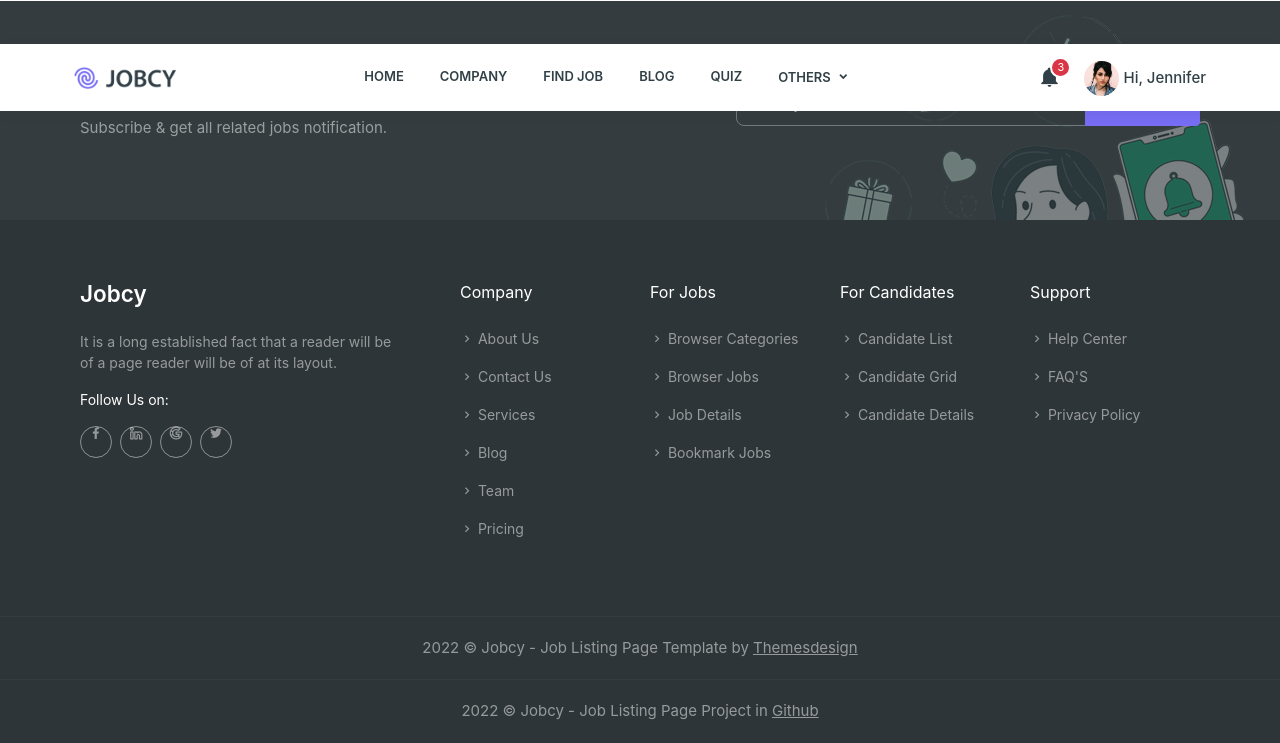
Repository: waflol/hrpm-frontend
Page: / (app in frontend/)
The author's editor kept a copy of each file at every save. The page is drawn from the files as they stood at one save, then again after the next save.
The browser window is 1280 px wide. The pictures show the whole page.
The project was rebuilt for these pictures with package versions that can differ from the ones it lists, and the page was loaded fresh each time. Also part of the build but not shown: frontend/craco.config.js, frontend/src/shared/components/Navigations/LoginButton.jsx, frontend/src/shared/components/TopBar/IconBar.jsx, frontend/src/shared/components/TopBar/YourLocations.jsx, frontend/src/shared/components/TopBar/SignUpLink.jsx, frontend/src/shared/components/TopBar/LanguageSelector.jsx, frontend/src/shared/components/TopBar/MainTopBar.jsx.

Above is the page before, as saved 2022-10-13 14:15:55.

### frontend/src/App.js
import MainNavBar from './shared/components/Navigations/MainNavBar';
import MainTopBar from './shared/components/TopBar/MainTopBar';
import { BrowserRouter, Routes, Route } from 'react-router-dom';
import Footer from './shared/components/Footer';
function App() {
  return (
    <div className="App">
      <BrowserRouter>
        <Routes>
          <Route
            path='/'
            element={
              <div>
                <MainNavBar/>
                <Footer/>
              </div>
            }>
          </Route>
        </Routes>
      </BrowserRouter>
    </div>
  );
}

export default App;

### frontend/src/shared/components/Navigations/MainNavBar.jsx
import React from "react";
import {Container} from "reactstrap";
import LogoCompany from "./LogoCompany";
import NavToggler from "./NavToggler";
import Notification from "./Notification";
import UserSetting from "./UserSetting";
import LoginButton from "./LoginButton";
const MainNavBar = () => {
  return (
    <React.Fragment>
      <nav className="navbar navbar-expand-lg fixed-top sticky p-0 " id="navigation">
        <Container fluid className="custom-container">
          <LogoCompany/>
          <NavToggler/>

          <ul className="header-menu list-inline d-flex align-items-center mb-0">
            <Notification/>
            <UserSetting/>
          </ul>
        </Container>
      </nav>
    </React.Fragment>
  )
}

export default MainNavBar;

### frontend/src/shared/components/Footer/index.jsx
import React from 'react'
import MainFooter from './MainFooter'
import FooterAlt from './FooterAlt'
import Subscribe from './Subscribe'
const Index = () => {
  return (
    <React.Fragment>
        <Subscribe/>
        <MainFooter/>
        <FooterAlt/>
    </React.Fragment>
  )
}

export default Index

### frontend/src/shared/components/Navigations/LogoCompany.jsx
import React from 'react'
import { Link } from 'react-router-dom';
import darkLogo from "../../../assets/images/logo-dark.png";
import lightLogo from "../../../assets/images/logo-light.png";
const LogoCompany = () => {
    return (
        <Link className="navbar-brand text-dark fw-bold me-auto" to="/">
            <img src={darkLogo} height="22" alt="" className="logo-dark" />
            <img src={lightLogo} height="22" alt="" className="logo-light" />
        </Link>
    )
}

export default LogoCompany

### frontend/src/shared/components/Navigations/NavToggler.jsx
import React, { useState } from "react";
import NavLinks from "./NavLinks";
import { Collapse, NavbarToggler } from "reactstrap";
const NavToggler = () => {
    const [isOpen, setIsOpen] = useState(false);
    const toggle = () => setIsOpen(!isOpen);
    return (
        <>
            <div>
                <NavbarToggler className="me-3" type="button" onClick={() => toggle()}>
                    <i className="mdi mdi-menu"></i>
                </NavbarToggler>
            </div>
            <Collapse isOpen={isOpen} className="navbar-collapse" id="navbarCollapse">
                <NavLinks />
            </Collapse>
        </>

    )
}

export default NavToggler;

### frontend/src/shared/components/Navigations/Notification.jsx
import React, { useState } from "react";
import {
    Dropdown,
    DropdownToggle,
    DropdownMenu,
} from "reactstrap";
import userImage2 from "../../../assets/images/user/img-02.jpg";
import jobImage4 from "../../../assets/images/featured-job/img-04.png";
import userImage1 from "../../../assets/images/user/img-01.jpg";
import jobImage from "../../../assets/images/featured-job/img-01.png";
import { Link } from 'react-router-dom';

const Notification = () => {
    const [notification, setNotification] = useState(false);
    const dropDownnotification = () => setNotification((prevState) => !prevState);
    return (
        <Dropdown isOpen={notification} toggle={dropDownnotification} className="list-inline-item  me-4">
            <DropdownToggle href="#" className="header-item noti-icon position-relative" id="notification" type="button" tag="a">
                <i className="mdi mdi-bell fs-22"></i>
                <div className="count position-absolute">3</div>
            </DropdownToggle>
            <DropdownMenu className="dropdown-menu-sm dropdown-menu-end p-0" aria-labelledby="notification" end>
                <div className="notification-header border-bottom bg-light">
                    <h6 className="mb-1"> Notification </h6>
                    <p className="text-muted fs-13 mb-0">You have 4 unread Notification</p>
                </div>
                <div className="notification-wrapper dropdown-scroll">
                    <Link to="#" className="text-dark notification-item d-block active">
                        <div className="d-flex align-items-center">
                            <div className="flex-shrink-0 me-3">
                                <div className="avatar-xs bg-primary text-white rounded-circle d-flex align-items-center justify-content-center">
                                    <i className="uil uil-user-check "></i>
                                </div>
                            </div>
                            <div className="flex-grow-1">
                                <h6 className="mt-0 mb-1 fs-14">22 verified registrations</h6>
                                <p className="mb-0 fs-12 text-muted"><i className="mdi mdi-clock-outline"></i> <span>3 min
                                    ago</span></p>
                            </div>
                        </div>
                    </Link>
                    <Link to="#" className="text-dark notification-item d-block">
                        <div className="d-flex align-items-center">
                            <div className="flex-shrink-0 me-3">
                                <img src={userImage2} className="rounded-circle avatar-xs" alt="user-pic" />
                            </div>
                            <div className="flex-grow-1">
                                <h6 className="mt-0 mb-1 fs-14">James Lemire</h6>
                                <p className="text-muted fs-12 mb-0"><i className="mdi mdi-clock-outline"></i> <span>15 min
                                    ago</span></p>
                            </div>
                        </div>
                    </Link>
                    <Link to="#" className="text-dark notification-item d-block">
                        <div className="d-flex align-items-center">
                            <div className="flex-shrink-0 me-3">
                                <img src={jobImage4} className="rounded-circle avatar-xs"
                                    alt="user-pic" />
                            </div>
                            <div className="flex-grow-1">
                                <h6 className="mt-0 mb-1 fs-14">Applications has been approved</h6>
                                <p className="text-muted mb-0 fs-12"><i className="mdi mdi-clock-outline"></i> <span>45 min
                                    ago</span></p>
                            </div>
                        </div>
                    </Link>
                    <Link to="#" className="text-dark notification-item d-block">
                        <div className="d-flex align-items-center">
                            <div className="flex-shrink-0 me-3">
                                <img src={userImage1} className="rounded-circle avatar-xs"
                                    alt="user-pic" />
                            </div>
                            <div className="flex-grow-1">
                                <h6 className="mt-0 mb-1 fs-14">Kevin Stewart</h6>
                                <p className="text-muted mb-0 fs-12"><i className="mdi mdi-clock-outline"></i> <span>1 hour
                                    ago</span></p>
                            </div>
                        </div>
                    </Link>
                    <Link to="#" className="text-dark notification-item d-block">
                        <div className="d-flex align-items-center">
                            <div className="flex-shrink-0 me-3">
                                <img src={jobImage} className="rounded-circle avatar-xs"
                                    alt="user-pic" />
                            </div>
                            <div className="flex-grow-1">
                                <h6 className="mt-0 mb-1 fs-15">Creative Agency</h6>
                                <p className="text-muted mb-0 fs-12"><i className="mdi mdi-clock-outline"></i> <span>2 hour
                                    ago</span></p>
                            </div>
                        </div>
                    </Link>
                </div>
                <div className="notification-footer border-top text-center">
                    <Link className="primary-link fs-13" to="#">
                        <i className="mdi mdi-arrow-right-circle me-1"></i> <span>View More..</span>
                    </Link>
                </div>
            </DropdownMenu>
        </Dropdown>
    )
}

export default Notification

### frontend/src/shared/components/Navigations/UserSetting.jsx
import React, { useState } from "react";
import {
    Dropdown,
    DropdownToggle,
    DropdownMenu,
} from "reactstrap";
import profileImage from "../../../assets/images/profile.jpg";
import { Link } from 'react-router-dom';

const UserSetting = () => {
    const [userProfile, setUserProfile] = useState(false);
    const dropDownuserprofile = () => setUserProfile((prevState) => !prevState);
    return (
        <Dropdown
            onClick={() => setUserProfile(!userProfile)}
            isOpen={userProfile}
            toggle={dropDownuserprofile}
            className="list-inline-item">
            <DropdownToggle to="#" className="header-item" id="userdropdown" type="button" tag="a" aria-expanded="false">
                <img src={profileImage} alt="mdo" width="35" height="35" className="rounded-circle me-1" />
                <span className="d-none d-md-inline-block fw-medium">Hi, Jennifer</span>
            </DropdownToggle>
            <DropdownMenu className="dropdown-menu-end" aria-labelledby="userdropdown" end>
                <li><Link className="dropdown-item" to="/managejobs">Manage Jobs</Link></li>
                <li><Link className="dropdown-item" to="/bookmarkjobs">Bookmarks Jobs</Link></li>
                <li><Link className="dropdown-item" to="/myprofile">My Profile</Link></li>
                <li><Link className="dropdown-item" to="/signout">Logout</Link></li>
            </DropdownMenu>
        </Dropdown>
    )
}

export default UserSetting

### frontend/src/shared/components/Footer/MainFooter.jsx
import React from 'react'
import { Row, Col, Container } from 'reactstrap'
import { Link } from "react-router-dom";
const MainFooter = () => {
  const footer = [
    {
        id: 1,
        title: "Company",
        menu: [
            {
                id: 1,
                link: "/about",
                subTitle: "About Us"
            },
            {
                id: 2,
                link: "/contact",
                subTitle: "Contact Us"
            },
            {
                id: 3,
                link: "/services",
                subTitle: "Services"
            },
            {
                id: 4,
                link: "/blog",
                subTitle: "Blog"
            },
            {
                id: 5,
                link: "/team",
                subTitle: "Team"
            },
            {
                id: 6,
                link: "/pricing",
                subTitle: "Pricing"
            },
        ]
    },
    {
        id: 2,
        title: "For Jobs",
        menu: [
            {
                id: 1,
                link: "/jobscategories",
                subTitle: "Browser Categories"
            },
            {
                id: 2,
                link: "/joblist",
                subTitle: "Browser Jobs"
            },
            {
                id: 3,
                link: "/jobdetails",
                subTitle: "Job Details"
            },
            {
                id: 4,
                link: "/bookmarkjobs",
                subTitle: "Bookmark Jobs"
            },
        ]
    },
    {
        id: 3,
        title: "For Candidates",
        menu: [
            {
                id: 1,
                link: "/candidatelist",
                subTitle: "Candidate List"
            },
            {
                id: 2,
                link: "/candidategrid",
                subTitle: "Candidate Grid"
            },
            {
                id: 3,
                link: "/candidatedetails",
                subTitle: "Candidate Details"
            }
        ]
    },
    {
        id: 4,
        title: "Support",
        menu: [
            {
                id: 1,
                link: "/contact",
                subTitle: "Help Center"
            },
            {
                id: 2,
                link: "/faqs",
                subTitle: "FAQ'S"
            },
            {
                id: 3,
                link: "/privacyandpolicy",
                subTitle: "Privacy Policy"
            }
        ]
    },
];
const footerIcons = [
    {
        id: 1,
        socialIcon: "uil uil-facebook-f",
    },
    {
        id: 2,
        socialIcon: "uil uil-linkedin-alt",
    },
    {
        id: 3,
        socialIcon: "uil uil-google",
    },
    {
        id: 4,
        socialIcon: "uil uil-twitter",
    }
];
return (
    <React.Fragment>
        <section className="bg-footer">
            <Container>
                <Row>
                    <Col lg={4}>
                        <div className="footer-item mt-4 mt-lg-0 me-lg-5">
                            <h4 className="text-white mb-4">Jobcy</h4>
                            <p className="text-white-50">It is a long established fact that a reader will be of a page reader
                                will be of at its layout.</p>
                            <p className="text-white mt-3">Follow Us on:</p>
                            <ul className="footer-social-menu list-inline mb-0" >
                                {(footerIcons).map((footerIcondetails, key) => (
                                    <li className="list-inline-item" key={key}>
                                        <Link to="#"><i className={footerIcondetails.socialIcon}></i></Link>
                                    </li>
                                ))}
                            </ul>
                        </div>
                    </Col>
                    {(footer).map((footerdetails, key) => (
                        <Col lg={2} xs={6} key={key}>
                            <div className="footer-item mt-4 mt-lg-0">
                                <p className="fs-16 text-white mb-4">{footerdetails.title}</p>
                                {(footerdetails.menu || []).map((menuInner, key) => (
                                    <ul className="list-unstyled footer-list mb-0" key={key}>
                                        <li><Link to={menuInner.link}><i className="mdi mdi-chevron-right"></i> {menuInner.subTitle}</Link></li>
                                    </ul>
                                ))}
                            </div>
                        </Col>
                    ))}
                </Row>
            </Container>
        </section>
        <div className="footer-alt">
            <Container >
                <Row >
                    <Col lg={12}>
                        <p className="text-white-50 text-center mb-0">
                            {new Date().getFullYear()} &copy; Jobcy - Job Listing Page
                            Template by <Link to="//themesdesign.in/" target="_blank"
                                className="text-reset text-decoration-underline">Themesdesign</Link>
                        </p>
                    </Col>
                </Row>
            </Container>
        </div>
    </React.Fragment>
)
}

export default MainFooter

### frontend/src/shared/components/Footer/FooterAlt.jsx
import React from 'react'
import { Row, Col, Container } from 'reactstrap'

const FooterAlt = () => {
  return (
    <div className="footer-alt">
      <Container >
        <Row >
          <Col lg={12}>
            <p className="text-white-50 text-center mb-0">
              {new Date().getFullYear()} &copy; Jobcy - Job Listing Page
              Project in <a
                href="https://github.com/waflol/hrpm" target="_blank" rel="noreferrer" className="text-reset text-decoration-underline">
                Github
              </a>
            </p>
          </Col>
        </Row>
      </Container>
    </div>
  )
}

export default FooterAlt

### frontend/src/shared/components/Footer/Subscribe.jsx
import React from 'react';
import { Col, Container, Row } from "reactstrap";

//Import Image
import subscribeImg from "../../../assets/images/subscribe.png";

const Subscribe = () => {
  return (
    <section className="bg-subscribe">
      <Container>
        <Row className="justify-content-between align-items-center">
          <Col lg={6}>
            <div className="text-center text-lg-start">
              <h4 className="text-white">Get New Jobs Notification!</h4>
              <p className="text-white-50 mb-0">Subscribe & get all related jobs notification.</p>
            </div>
          </Col>
          <Col lg={6}>
            <div className="mt-4 mt-lg-0">
              <form className="subscribe-form" action="#">
                <div className="input-group justify-content-center justify-content-lg-end">
                  <input type="text" className="form-control" id="subscribe" placeholder="Enter your email" />
                  <button className="btn btn-primary" type="button" id="subscribebtn">Subscribe</button>
                </div>
              </form>
            </div>
          </Col>
        </Row>
      </Container>
      <div className="email-img d-none d-lg-block">
        <img src={subscribeImg} alt="" className="img-fluid" />
      </div>
    </section>
  );
};

export default Subscribe

### frontend/src/shared/components/Navigations/NavLinks.jsx
import React, { useState } from "react";
import classname from "classnames";
import {NavItem,NavLink} from "reactstrap";
import { Link } from 'react-router-dom';
const NavLinks = () => {
    const [home, setHome] = useState(false);
    const [company, setCompany] = useState(false);
    const [blog, setBlog] = useState(false);

    return (
        <ul className="navbar-nav mx-auto navbar-center">
            <NavItem className="dropdown dropdown-hover">
                <NavLink to="/" id="homedrop" className="arrow-none" onClick={() => setHome(!home)}> Home </NavLink>
            </NavItem>
            <NavItem className="dropdown dropdown-hover">
                <NavLink to="/" id="company" className="arrow-none"> Company </NavLink>
            </NavItem>
            <NavItem className="dropdown dropdown-hover">
                <NavLink to="/findjob" id="findjob" className="arrow-none"> Find Job </NavLink>
            </NavItem>
            <NavItem className="dropdown dropdown-hover">
                <NavLink to="/blog" id="productdropdown" role="button" data-bs-toggle="dropdown" onClick={() => setBlog(!blog)}>
                    Blog
                </NavLink>
            </NavItem>
            <NavItem>
                <NavLink className="nav-link" to="/quizz" id="quizz">Quiz</NavLink>
            </NavItem>
            <NavItem className="dropdown dropdown-hover">
                <NavLink to="/#" id="jobsdropdown" role="button" onClick={() => setCompany(!company)}>
                    Others <div className="arrow-down"></div>
                </NavLink>
                <ul className={classname("dropdown-menu dropdown-menu-center", { show: company })} aria-labelledby="jobsdropdown">
                    <li><Link className="dropdown-item" to="/aboutus">About Us</Link></li>
                    <li><Link className="dropdown-item" to="/services">Services</Link></li>
                    <li><Link className="dropdown-item" to="/team">Team</Link></li>
                    <li><Link className="dropdown-item" to="/pricing">Pricing</Link></li>
                    <li><Link className="dropdown-item" to="/privacyandpolicy">Priacy & Policy</Link></li>
                    <li><Link className="dropdown-item" to="/faqs">Faqs</Link></li>
                    <li><Link className="dropdown-item" to="/contact">Contact</Link></li>
                </ul>
            </NavItem>
        </ul>
    )
}

export default NavLinks;

Loaded but not shown: frontend/public/index.html (common file); frontend/src/index.js (common file); frontend/src/index.css (common file); frontend/public/assets/css/bootstrap-purple.min.css (library); frontend/public/assets/css/icons.min.css (library); frontend/public/assets/css/app-purple.min.css (library)

After the next save:
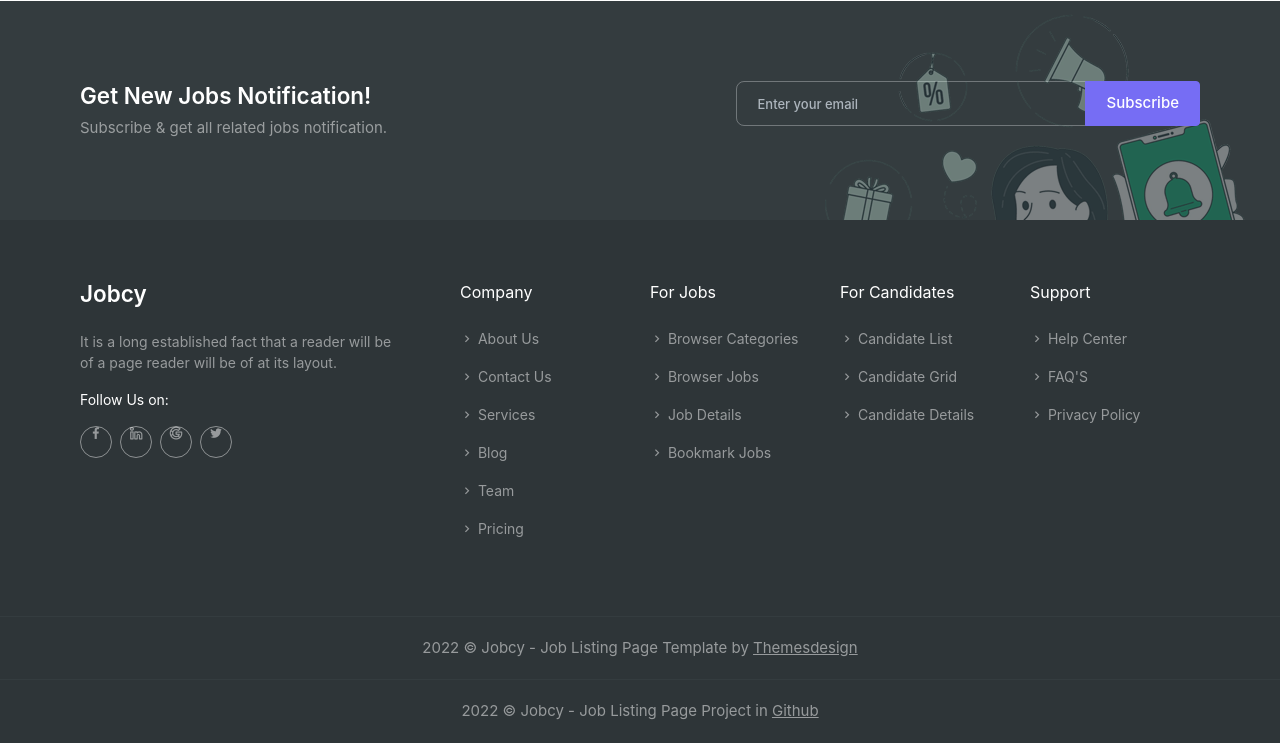
Saved 12 s later.
--- a/frontend/src/App.js
+++ b/frontend/src/App.js
@@ -11,7 +11,7 @@ function App() {
             path='/'
             element={
               <div>
-                <MainNavBar/>
+
                 <Footer/>
               </div>
             }>
